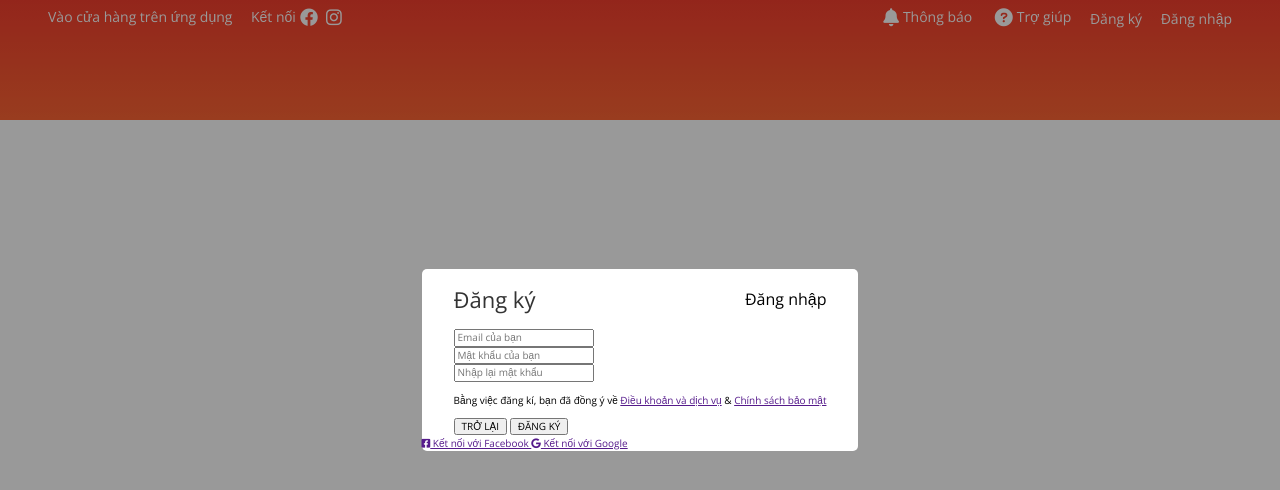
Repository: trongtamdev/Clone-Shopee-Page
Page: index.html
The author's editor kept a copy of each file at every save. The page is drawn from the files as they stood at one save, then again after the next save.
The browser window is 1280 px wide. The pictures show the whole page.

Above is the page before, as saved 2022-07-08 21:04:55.

After the next save:
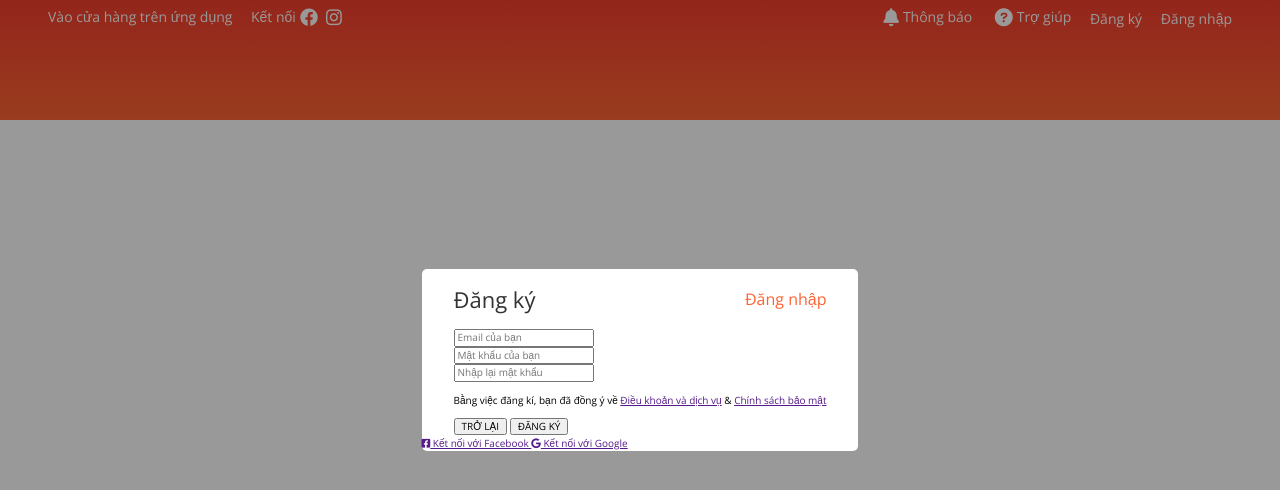
Saved 101 s later.
--- a/assets/css/base.css
+++ b/assets/css/base.css
@@ -2,6 +2,7 @@
     --white-color :#fff;
     --back-color :#000;
     --text-color : #333;
+    --primary-color: #fe6433;
 }
 
 *{
